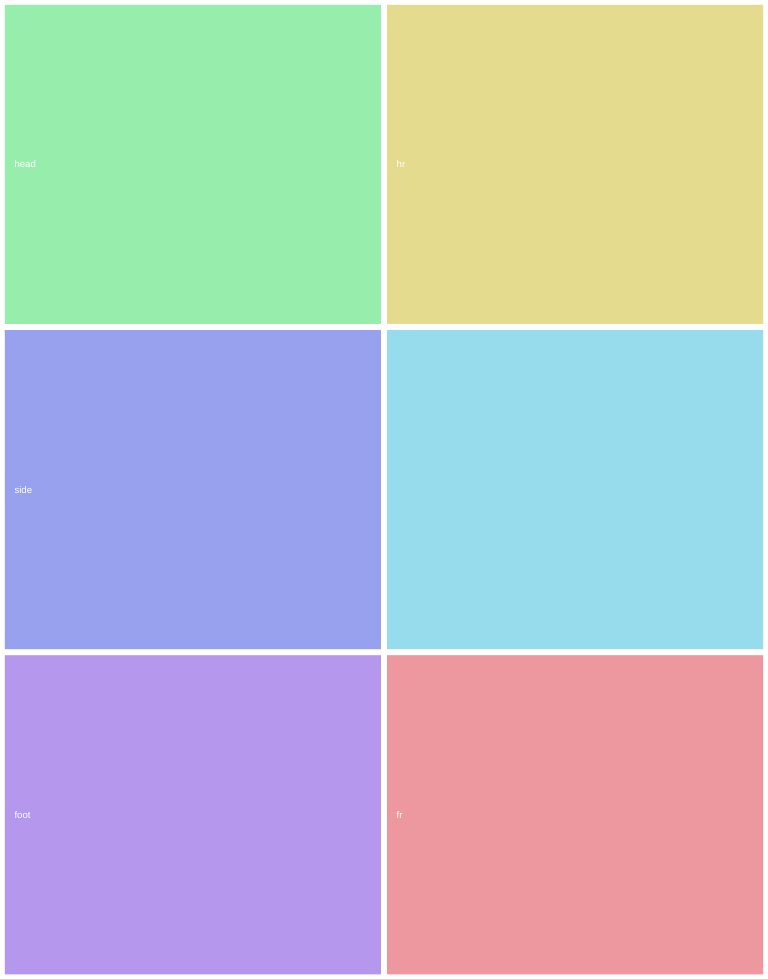
Repository: SamirIngley/html-semantic
Page: templates/grid.html
The author's editor kept a copy of each file at every save. The page is drawn from the files as they stood at one save, then again after the next save.
The browser window is 1280 px wide. The pictures show the whole page, at 60% of full size.

Above is the page before, as saved 2020-02-06 15:45:20.

### templates/grid.html
<!--
   This example used named areas to place elements
   on the grid
 -->
<div class="wrapper">



  <div class="header">
    <div>head</div>
    <meta
      name="viewport"
      content= ‘width=device-width, initial-scale=1.0, maximum-scale=1.0’
    />
  </div>

  <div class="header-right">
    <div>hr</div>
  </div>

  <div class="main-content">
    <!-- <div><img src="static/images/8-bit.png" alt="samir-profile-pic" style="width:136%;"></div> -->
  </div>

  <div class="side-bar">
    <div>side</div>
  </div>

  <div class="footer">
    <div>foot</div>
  </div>

  <div class="footer-right">
    <div>fr</div>
  </div>

</div>

<style>
  .wrapper {
    display: grid;
    grid-gap: 10px;
    grid-template-columns: repeat(2, 1fr);
    /* grid-template-rows: 300px 600px 300px; */
    /*
    The named areas below define where elements with
    those names are placed on the grid.
    */
    grid-template-areas:  "h r"
                          "s m"
                          "f g";
  }

  .wrapper>div {
    color: white;
    font-family: Helvetica;
    padding: 1em;
    display: flex;
    justify-content: space-between;
    align-items: center;
    height: 500px;
  }

  .header {
    /* Name this element to place it on the grid */
    grid-area: h;
  }

  .header-right {
    grid-area: r;
  }

  .main-content {
    grid-area: m;
  }

  .side-bar {
    grid-area: s;
  }

  .footer {
    grid-area: f;
  }

  .footer-right {
    grid-area: g;
  }

  .wrapper>div:nth-child(1) {
    background-color: #97edab
  }

  .wrapper>div:nth-child(2) {
    background-color: #e5db8e
  }

  .wrapper>div:nth-child(3) {
    background-color: #97dced
  }

  .wrapper>div:nth-child(4) {
    background-color: #97a1ed
  }

  .wrapper>div:nth-child(5) {
    background-color: #b597ed
  }

  .wrapper>div:nth-child(6) {
    background-color: #ed979e
  }
/* Extra small devices (phones, 600px and down) */
  @media only screen and (max-width: 600px) {
    .wrapper {
        display: grid;
        grid-gap: 10px;
        grid-template-columns: repeat(2, 1fr);
        grid-template-rows: 300px 600px;

        grid-template-areas:  "h h"
                              "r r"
                              "s s"
                              "m m"
                              "f g";
      }
  }
  /* Small devices (portrait tablets and large phones, 600px and up) */
  @media only screen and (min-width: 600px) {
    .wrapper {
        /* display: grid;
        grid-gap: 10px;
        grid-template-columns: repeat(2, 1fr);
        grid-template-rows: 300px 600px;

        grid-template-areas:  "h h h h"
                              "r r r r"
                              "s s s s"
                              "f f g g"; */
    }
  }

  /* Medium devices (landscape tablets, 768px and up) */
  @media only screen and (min-width: 768px) {...}

  /* Large devices (laptops/desktops, 992px and up) */
  @media only screen and (min-width: 992px) {...}

  /* Extra large devices (large laptops and desktops, 1200px and up) */
  @media only screen and (min-width: 1200px) {...}

</style>

After the next save:
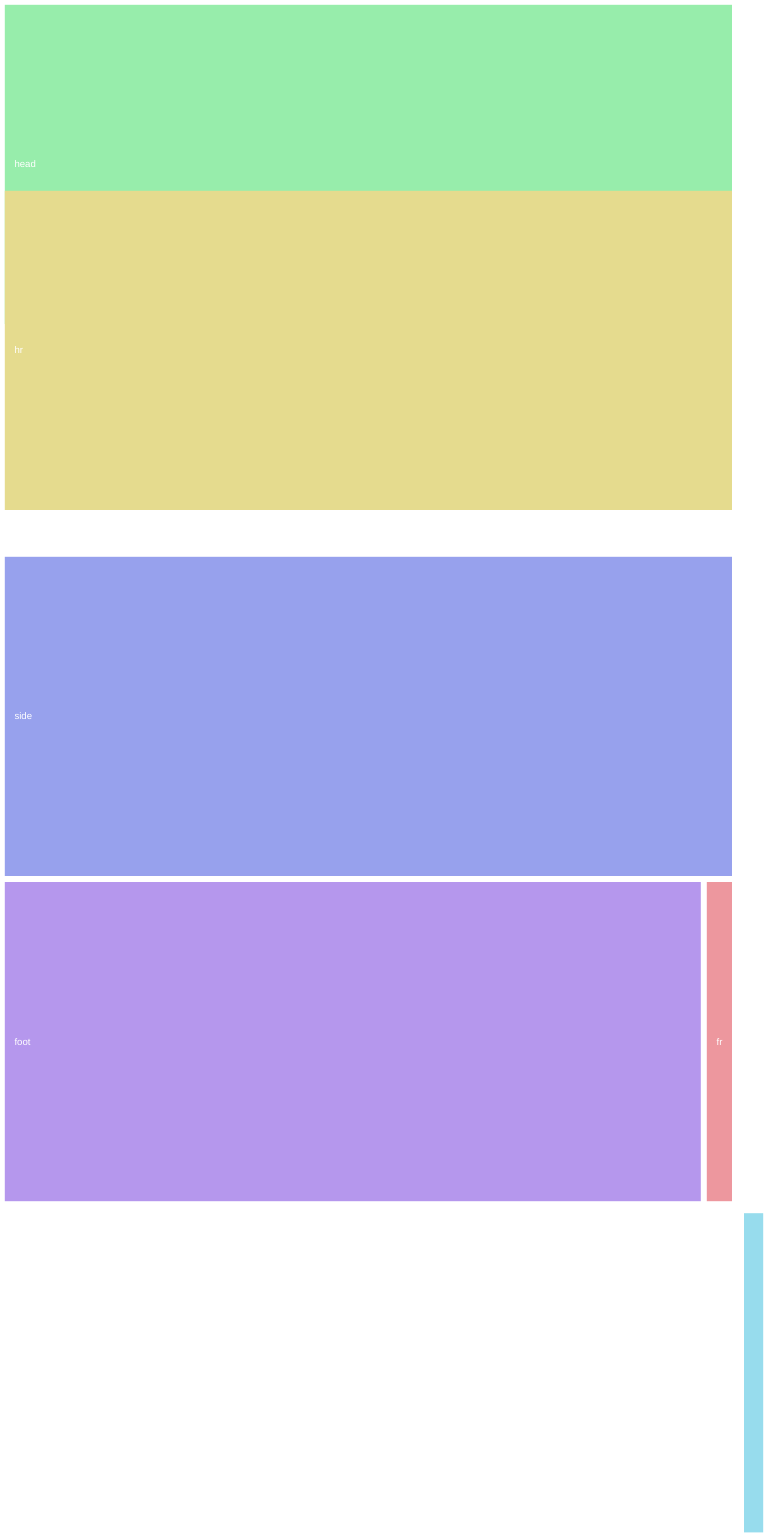
Saved 83 s later.
--- a/templates/grid.html
+++ b/templates/grid.html
@@ -127,7 +127,7 @@
   /* Small devices (portrait tablets and large phones, 600px and up) */
   @media only screen and (min-width: 600px) {
     .wrapper {
-        /* display: grid;
+        display: grid;
         grid-gap: 10px;
         grid-template-columns: repeat(2, 1fr);
         grid-template-rows: 300px 600px;
@@ -135,7 +135,7 @@
         grid-template-areas:  "h h h h"
                               "r r r r"
                               "s s s s"
-                              "f f g g"; */
+                              "f f g g";
     }
   }
 
